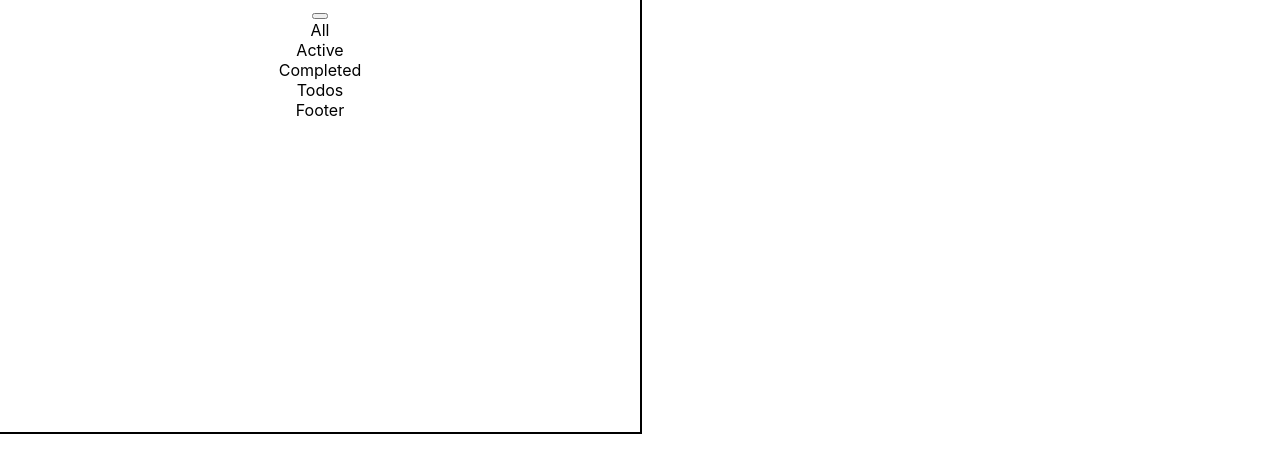
Repository: DongjaJ/React-Todo
Page: / (app in react-todo/)
An editor plug-in stored every save of this project. The page is shown before and after the next save, followed by the edit.
The browser window is 1280 px wide. The pictures show the whole page.
The project was rebuilt for these pictures with package versions that can differ from the ones it lists, and the page was loaded fresh each time.

Above is the page before, as saved 2023-05-15 13:39:03.

After the next save:
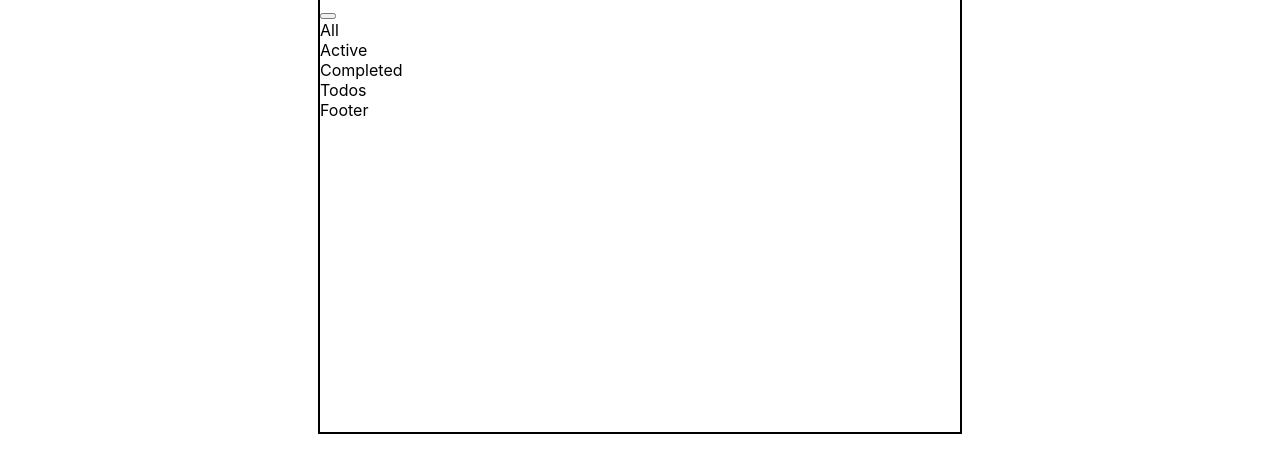
Saved 59 s later.
--- a/react-todo/src/App.css
+++ b/react-todo/src/App.css
@@ -1,5 +1,8 @@
 body {
-	text-align: center;
+	display: flex;
+	flex-direction: column;
+	justify-content: center;
+	align-items: center;
 }
 
 .App {
